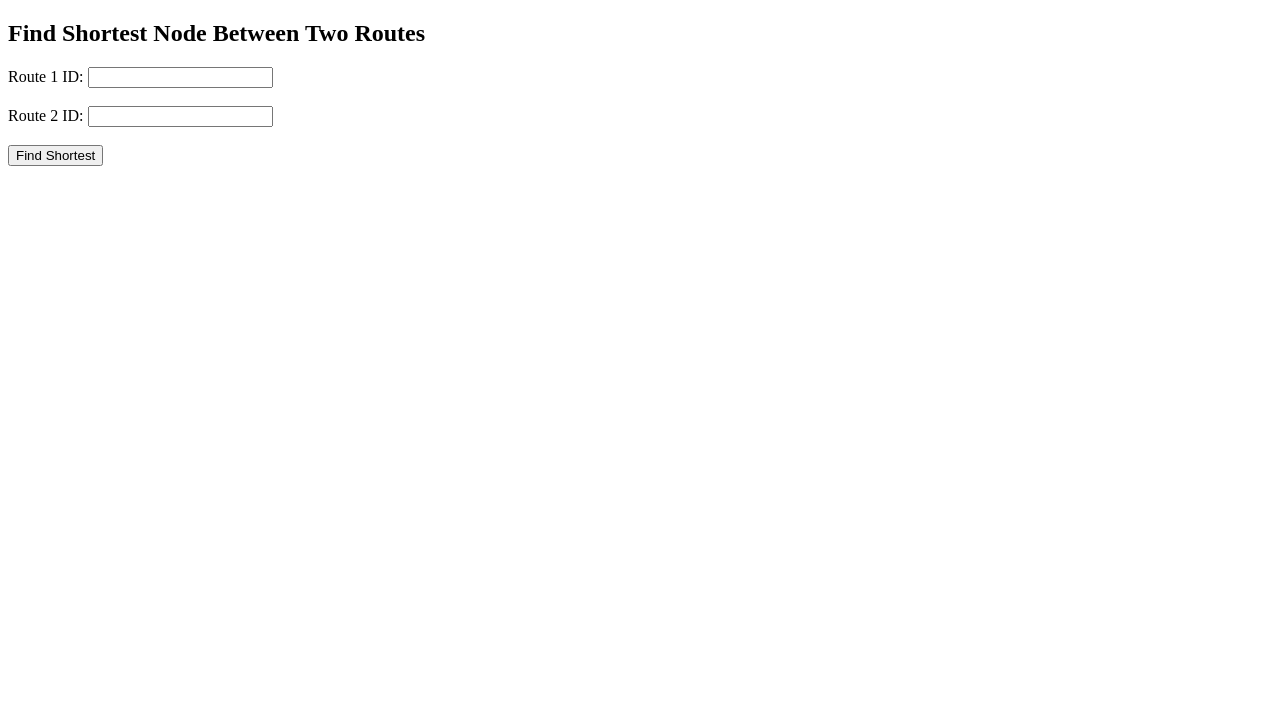
Repository: SNEHASURESH003/flight_system
Page: http://localhost/routes/shortest/
The author's editor kept a copy of each file at every save. The page is drawn from the files as they stood at one save, then again after the next save.
The browser window is 1280 px wide. The pictures show the whole page.
The page is served by the project's application, run on Django 5.2 (manage.py).

Above is the page before, as saved 2026-01-19 23:07:37.

After the next save:
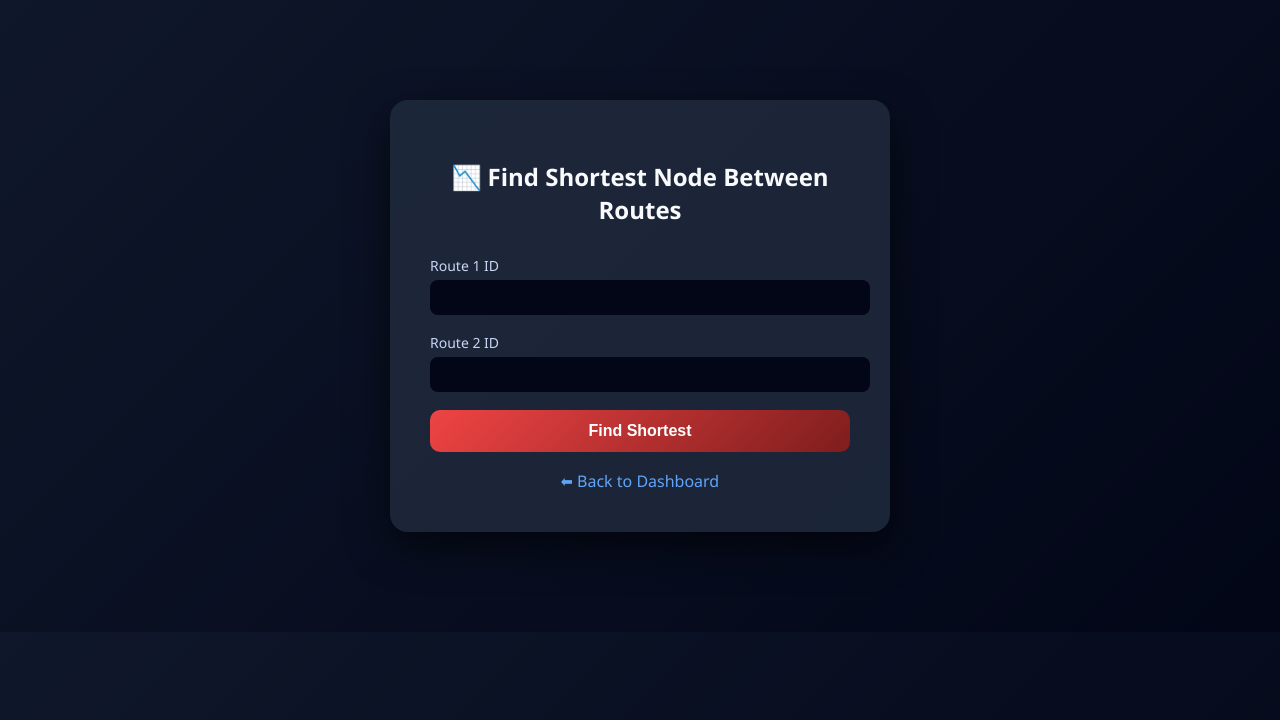
Saved 53 s later.
--- a/airport/airport_route/templates/shortest_between.html
+++ b/airport/airport_route/templates/shortest_between.html
@@ -1,17 +1,104 @@
 <!DOCTYPE html>
-<html>
+<html lang="en">
 <head>
     <title>Find Shortest Node</title>
+    <style>
+        body {
+            font-family: 'Segoe UI', Tahoma, Geneva, Verdana, sans-serif;
+            background: linear-gradient(135deg, #0f172a, #020617);
+            color: #e5e7eb;
+            margin: 0;
+            padding: 0;
+        }
+
+        .container {
+            width: 420px;
+            margin: 100px auto;
+            background: rgba(30, 41, 59, 0.9);
+            padding: 40px;
+            border-radius: 18px;
+            box-shadow: 0 15px 40px rgba(0,0,0,0.6);
+        }
+
+        h2 {
+            text-align: center;
+            margin-bottom: 30px;
+            color: #f8fafc;
+        }
+
+        label {
+            display: block;
+            margin-bottom: 5px;
+            font-size: 14px;
+            color: #cbd5f5;
+        }
+
+        input {
+            width: 100%;
+            padding: 10px;
+            margin-bottom: 18px;
+            border-radius: 8px;
+            border: none;
+            outline: none;
+            background-color: #020617;
+            color: #f8fafc;
+        }
+
+        input:focus {
+            border: 1px solid #ef4444;
+            box-shadow: 0 0 5px #ef4444;
+        }
+
+        button {
+            width: 100%;
+            padding: 12px;
+            background: linear-gradient(135deg, #ef4444, #7f1d1d);
+            color: white;
+            border: none;
+            border-radius: 10px;
+            font-size: 16px;
+            font-weight: 600;
+            cursor: pointer;
+            transition: all 0.3s ease;
+        }
+
+        button:hover {
+            background: linear-gradient(135deg, #dc2626, #450a0a);
+            box-shadow: 0 8px 25px rgba(239, 68, 68, 0.6);
+        }
+
+        .link {
+            display: block;
+            margin-top: 18px;
+            text-align: center;
+            color: #60a5fa;
+            text-decoration: none;
+        }
+
+        .link:hover {
+            text-decoration: underline;
+        }
+    </style>
 </head>
 <body>
-<h2>Find Shortest Node Between Two Routes</h2>
 
-<form method="post">
-    {% csrf_token %}
-    Route 1 ID: <input type="number" name="route1_id" required><br><br>
-    Route 2 ID: <input type="number" name="route2_id" required><br><br>
+<div class="container">
+    <h2>📉 Find Shortest Node Between Routes</h2>
 
-    <button type="submit">Find Shortest</button>
-</form>
+    <form method="post">
+        {% csrf_token %}
+
+        <label>Route 1 ID</label>
+        <input type="number" name="route1_id" required>
+
+        <label>Route 2 ID</label>
+        <input type="number" name="route2_id" required>
+
+        <button type="submit">Find Shortest</button>
+    </form>
+
+    <a href="{% url 'dashboard' %}" class="link">⬅ Back to Dashboard</a>
+</div>
+
 </body>
 </html>
